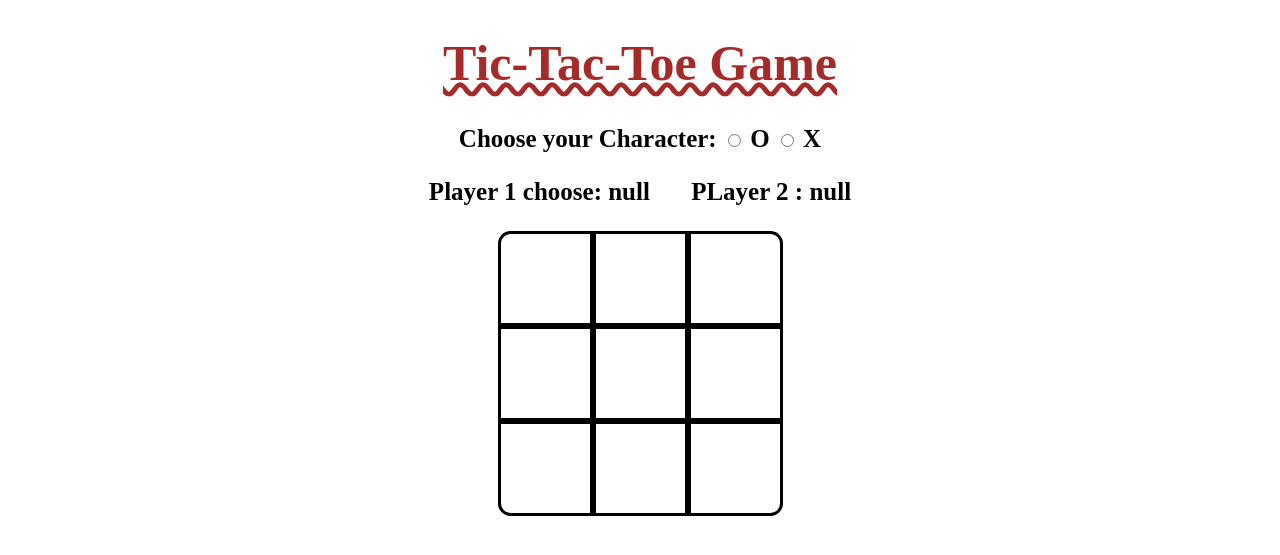
Repository: 0101chaitanya/Tic-Tac-Toe
Page: index.html
These files come from the project's save history. The page is drawn as it stood at one moment and after the next save; the edit follows.
The browser window is 1280 px wide. The pictures show the whole page.

Above is the page before, as saved 2021-06-12 12:32:59.

### index.html
<!DOCTYPE html>
<html>

<head>
    <meta charset="utf-8">
    <title>Tic-Tac-Toe Game</title>
    <meta name="viewport" content="width=device-width, initial-scale=1">

    <link rel="stylesheet" href="styles.css">
</head>

<body>
    <div id='block1'>
        <h1 id="heading">Tic-Tac-Toe Game</h1>
        <form>
            Choose your Character:
            <input value="O" name="radio" onclick="eventFun.setUser(this)" type="radio">
            <label for="O">O</label>
            <input value="X" name="radio" onclick="eventFun.setUser(this)" type="radio">
            <label for="X">X</label>

        </form>
        <div id="player">
            <span id='1'>Player 1 choose:</span>
            <span id='2'>PLayer 2 :</span>
        </div>
        <form id="gameSquare">
            <section id="row1">
                <div id="r1Column1"></div>
                <div id="rlColumn2"></div>
                <div id="rlColumn3"></div>
            </section>
            <section id="row2">
                <div id="r2Column1"></div>
                <div id="r2Column2"></div>
                <div id="r2Column3"></div>
            </section>
            <section id="row3">
                <div id="r3Column1"></div>
                <div id="r3Column2"></div>
                <div id="r3Column3"></div>
            </section>
        </form>
    </div>
    <div id="ResultBox">
        <span id="closebtn">&times;</span>
        <strong id="resultOut"></strong>
    </div>

</body>
<script type="text/javascript" src="script.js"></script>

</html>

### styles.css
:root {
    text-align: center;
    font-weight: bold;
}

* {
    box-sizing: border-box;
}

@media screen and (max-width: 400px) {
     :root {
        font-size: 14px;
    }
}

@media screen and (min-width: 401px) and (max-width: 700px) {
     :root {
        font-size: 18px;
    }
}

@media screen and (min-width: 701px) {
     :root {
        font-size: 25px;
    }
}

body {
    /* filter: saturate(180%) blur(20rem);
   filter:  blur(0);

    */
    backdrop-filter: blur(20rem);
}

h1 {
    color: brown;
    text-decoration: underline;
    text-decoration-style: wavy;
}

label>input {
    color: red;
    border: 1px solid;
}

#player {
    display: block;
    margin: 1rem auto 1rem auto;
}

#player>span {
    margin: auto 0.7rem auto 0.7rem;
}

#gameSquare {
    width: min-content;
    height: min-content;
    display: block;
    margin: auto;
}

#gameSquare>section:nth-child(n) {
    /* border-style: solid;
     */
    width: min-content;
    height: min-content;
    display: flex;
    justify-content: center;
    align-items: center;
}

#gameSquare>section:nth-child(n)>div:nth-child(n) {
    display: flex;
    margin: auto;
    width: 3.8rem;
    height: 3.8rem;
    border-style: solid;
    border-width: 0.15rem;
    justify-content: center;
    align-items: center;
    font-size: 1.8rem;
}

#gameSquare>section:nth-child(1)>div:nth-child(1) {
    border-top-left-radius: 0.5rem;
}

#gameSquare>section:nth-child(1)>div:nth-child(3) {
    border-top-right-radius: 0.5rem;
}

#gameSquare>section:nth-child(3)>div:nth-child(1) {
    border-bottom-left-radius: 0.5rem;
}

#gameSquare>section:nth-child(3)>div:nth-child(3) {
    border-bottom-right-radius: 0.5rem;
}

#ResultBox {
    height: fit-content;
    width: 13rem;
    display: none;
    margin-left: auto;
    margin-right: auto;
    margin-top: 3rem;
    position: relative;
    top: -12rem;
    border-color: rgb(162, 162, 192);
    background-color: rgb(15, 44, 138);
    color: white;
    opacity: 1;
    transition: opacity 0.6s;
    margin-bottom: 15px;
    border-radius: 1rem;
    padding: 1rem;
    text-align: center;
}

#resultOut {
    color: #f0e0e4;
    font-weight: bold;
}

#closebtn {
    margin-left: 15px;
    color: white;
    font-weight: bold;
    float: right;
    font-size: 22px;
    line-height: 20px;
    cursor: pointer;
    transition: 0.3s;
}

#closebtn:hover {
    color: rgb(38, 170, 82);
}

### script.js
"use strict";
let eventFun = (function() {
    let user1Selection, user2Selection, runningCharacter;
    let runningNumber = 0,
        result;

    function setUser(given) {
        localStorage.setItem("user1Selection", given.value);
        document.querySelector(`form`).submit();
    }
    user1Selection = localStorage.getItem("user1Selection");
    user2Selection =
        user1Selection != null ? (user1Selection === "X" ? "O" : "X") : null;
    runningCharacter = user1Selection;
    document.getElementById('1').textContent += ` ` + user1Selection || ' ';
    document.getElementById('2').textContent += ` ` + user2Selection || ' ';

    let array = Array.from(
        document.getElementById("gameSquare").querySelectorAll("div")
    );

    function switchRunChar() {
        runningCharacter = runningCharacter === "O" ? "X" : "O";
        runningNumber = runningNumber === 0 ? 1 : 0;
    }

    function text(i) {
        return array[i].textContent;
    }
    let newArray = Array(array.length).fill();

    function arrayCreator(index, incrementer) {
        return [
            newArray[index],
            newArray[index + incrementer],
            newArray[index + 2 * incrementer],
        ];
    }
    let count = 0;

    let horizontalArray;
    let verticalArray;
    let diagonalArray;

    function parser(arrayInput) {
        let arr = arrayInput.map((item, index) => {
            let res = item.reduce((stack, item) => {
                stack += item;
                return stack;
            });
            return res;
        });
        return arr;
    }

    function send(input) {
        let block1 = document.getElementById('block1');
        block1.style.filter = 'blur(0.5rem)';
        document.getElementById('ResultBox').style.display = 'block';
        document.getElementById('resultOut').textContent = input;
        let close = document.getElementById('closebtn');
        close.onclick = function() {
            let div = this.parentElement;
            div.style.opacity = '0';
            setTimeout(function() {
                div.style.display = "none";
                block1.style.filter = 'blur(0.0rem)';

            }, 600);
        };

    }

    function check(input) {
        input.forEach((item) => {
            if (item === 3) {
                result = item;
                send("Player 2 won");
            } else if (item === 0) {
                result = item;
                send("Player 1 won");
            }
        });
    }

    function checkWin() {
        horizontalArray = [
            arrayCreator(0, 1),
            arrayCreator(3, 1),
            arrayCreator(6, 1),
        ];
        verticalArray = [
            arrayCreator(0, 3),
            arrayCreator(1, 3),
            arrayCreator(2, 3),
        ];
        diagonalArray = [arrayCreator(0, 4), arrayCreator(2, 2)];

        let horizontalParsed = parser(horizontalArray);
        let verticalParsed = parser(verticalArray);

        let diagonalParsed = parser(diagonalArray);
        check(horizontalParsed);
        check(verticalParsed);
        check(diagonalParsed);

        if (count == 8) {
            console.table(horizontalArray, verticalArray, diagonalArray);
            console.table({
                horizontalParsed: horizontalParsed,
                verticalParsed: verticalParsed,
                diagonalParsed: diagonalParsed,
            });
            console.table(newArray);
            if (result == undefined) {
                send("draw");
            }
        }
    }

    let setOutput = function(e, index) {
        e.target.textContent = runningCharacter;
        e.target.removeEventListener("click", (e) => setOutput(e));
        newArray.splice(index, 1, runningNumber);
        switchRunChar();
        checkWin();

        count++;
    };
    array.forEach((item, index) => {
        item.textContent = "";
        item.addEventListener("click", (e) => setOutput(e, index), { once: true });
    });
    return { result, array, setOutput, setUser, count };
})();

After the next save:
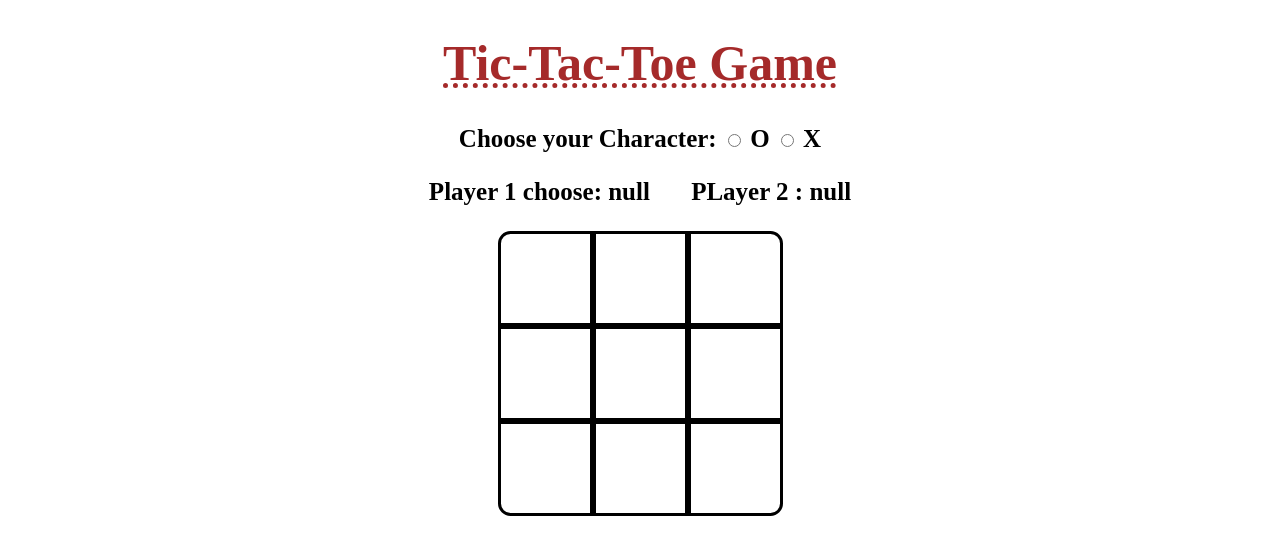
Saved 13 s later.
--- a/styles.css
+++ b/styles.css
@@ -36,7 +36,7 @@ body {
 h1 {
     color: brown;
     text-decoration: underline;
-    text-decoration-style: wavy;
+    text-decoration-style: dotted;
 }
 
 label>input {
